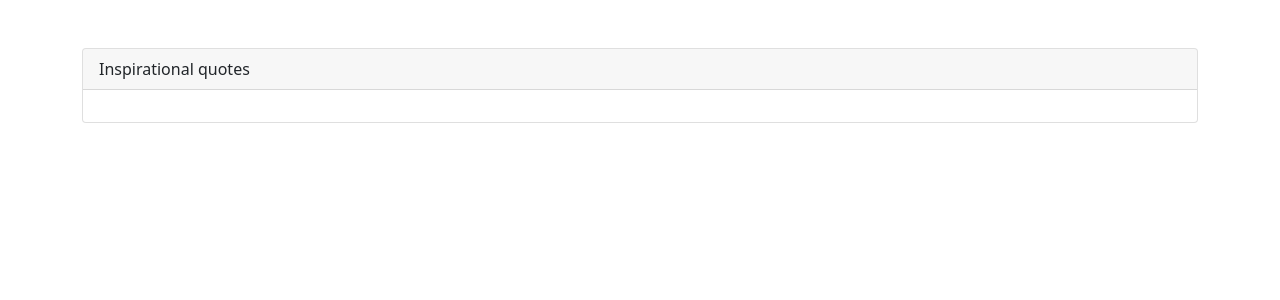
Repository: ddyfedd/fcc-random-quote
Page: index.html
The author's editor kept a copy of each file at every save. The page is drawn from the files as they stood at one save, then again after the next save.
The browser window is 1280 px wide. The pictures show the whole page.
The page's requests for data from a server got no answer.

Above is the page before, as saved 2021-09-12 21:18:54.

### index.html
<!DOCTYPE html>
<html lang="en">
<head>
  <meta charset="UTF-8">
  <meta http-equiv="X-UA-Compatible" content="IE=edge">
  <meta name="viewport" content="width=device-width, initial-scale=1.0">
  <script crossorigin src="https://unpkg.com/react@17/umd/react.development.js"></script>
  <script crossorigin src="https://unpkg.com/react-dom@17/umd/react-dom.development.js"></script>
  <script src="https://unpkg.com/@babel/standalone/babel.min.js"></script>
  <script script="https://cdn.freecodecamp.org/testable-projects-fcc/v1/bundle.js"></script>
  <link href="https://cdn.jsdelivr.net/npm/bootstrap@5.1.1/dist/css/bootstrap.min.css" rel="stylesheet" integrity="sha384-F3w7mX95PdgyTmZZMECAngseQB83DfGTowi0iMjiWaeVhAn4FJkqJByhZMI3AhiU" crossorigin="anonymous">
  <link rel="stylesheet" href="https://cdn.jsdelivr.net/npm/@fortawesome/fontawesome-free@5.15.4/css/fontawesome.min.css" integrity="sha384-jLKHWM3JRmfMU0A5x5AkjWkw/EYfGUAGagvnfryNV3F9VqM98XiIH7VBGVoxVSc7" crossorigin="anonymous">
  <title>Random Quote Machine</title>
</head>
<body>
  <div id="app"></div>
  <script type="text/babel" src="./index.js"></script>
</body>
</html>

### index.js
function App() {

  const [quotes, setQuotes] = React.useState([]);
  const [randomQuotes, setRandomQuotes] = React.useState([]);

  React.useEffect(() => {
    async function fetchData() {
      const response = await fetch("https://type.fit/api/quotes")
      const data = await response.json();

      setQuotes(data);
      let randIndex = Math.floor(Math.random() * data.length);
      setRandomQuotes(data[randIndex]);
    }
    fetchData();
  }, [])

  return (
    <div className="container pt-5">
      <div className="jumbotron">
        <div className="card">
          <div className="card-header">Inspirational quotes</div>
          <div className="card-body"></div>
        </div>
      </div>
    </div>
  );
}

ReactDOM.render(<App />, document.getElementById('app'))

After the next save:
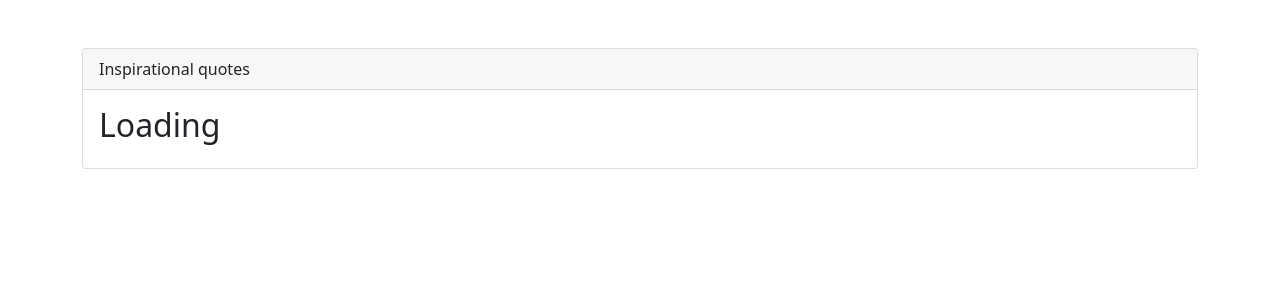
Saved 2 min 25 s later.
--- a/index.js
+++ b/index.js
@@ -1,7 +1,7 @@
 function App() {
 
   const [quotes, setQuotes] = React.useState([]);
-  const [randomQuotes, setRandomQuotes] = React.useState([]);
+  const [randomQuote, setRandomQuotes] = React.useState("");
 
   React.useEffect(() => {
     async function fetchData() {
@@ -20,7 +20,14 @@ function App() {
       <div className="jumbotron">
         <div className="card">
           <div className="card-header">Inspirational quotes</div>
-          <div className="card-body"></div>
+          <div className="card-body">
+            {randomQuote ? (
+              <>
+              </>
+            ) : (
+              <h2>Loading</h2>
+            )}
+          </div>
         </div>
       </div>
     </div>
